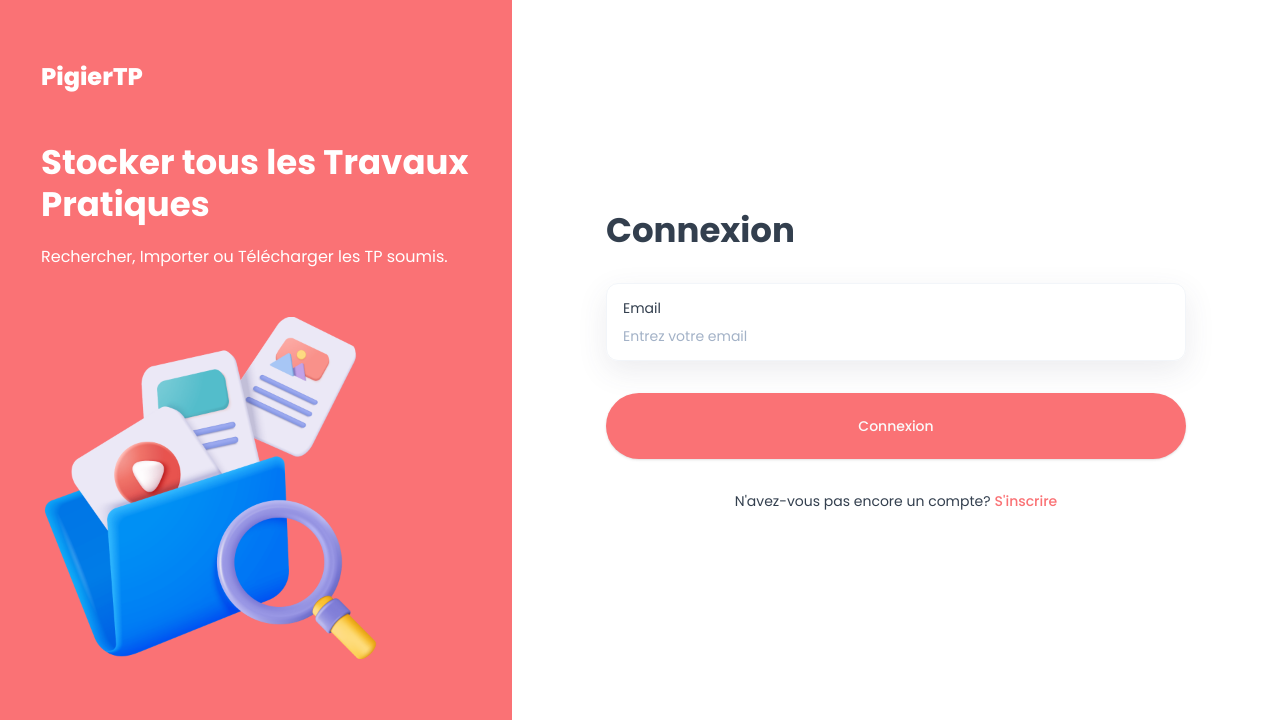
Repository: Tychiq/pigier_tp
Page: /sign-in
An editor plug-in stored every save of this project. The page is shown before and after the next save, followed by the edit.
The browser window is 1280 px wide. The pictures show the whole page.
The page's requests for data from a server got no answer. The project was rebuilt for these pictures with package versions that can differ from the ones it lists, and the page was loaded fresh each time. The framework's server and built-in components were replaced by stand-ins that run in the browser. No one was signed in, and anything a server would have sent is missing. Also part of the build but not shown: next.config.ts, components/ui/alert-dialog.tsx, components/ui/input-otp.tsx, components/OTPModal.tsx.

Above is the page before, as saved 2025-04-29 16:17:33.

### app/layout.tsx
import type { Metadata } from "next";
import { Poppins } from 'next/font/google'

import "./globals.css";

const poppins = Poppins({
    subsets: ['latin'],
    weight: ['100', '200', '300', '400', '500', '600', '700', '800', '900'],
    variable: '--font-poppins',
})

export const metadata: Metadata = {
  title: "PigierTP",
  description: "PigierTP - Tous les Travaux Pratiques.",
};

export default function RootLayout({
  children,
}: Readonly<{
  children: React.ReactNode;
}>) {
  return (
    <html lang="en">
      <body
        className={`${poppins.variable} font-poppins antialiased`}
      >
        {children}
      </body>
    </html>
  );
}

### app/(auth)/layout.tsx
import React from "react";
import Image from "next/image";

const Layout = ({ children }: { children: React.ReactNode }) => {
  return (
    <div className="flex min-h-screen">
      <section className="hidden w-1/2 items-center justify-center bg-brand p-10 lg:flex xl:w-2/5">
        <div className="flex max-h-[800px] max-w-[430px] flex-col justify-center space-y-12">
          <p className="text-2xl font-extrabold font-poppins text-white">PigierTP</p>

          <div className="space-y-5 text-white">
            <h1 className="h1">Stocker tous les Travaux Pratiques</h1>
            <p className="body-1">
              Rechercher, Importer ou Télécharger les TP soumis.
            </p>
          </div>
          <Image
            src="/assets/images/files.png"
            alt="Files"
            width={342}
            height={342}
            className="transition-all hover:rotate-2 hover:scale-105"
          />
        </div>
      </section>

      <section className="flex flex-1 flex-col items-center bg-white p-4 py-10 lg:justify-center lg:p-10 lg:py-0">
        <div className="mb-16 lg:hidden">
          <Image
            src="/assets/icons/logo-full-brand.svg"
            alt="logo"
            width={224}
            height={82}
            className="h-auto w-[200px] lg:w-[250px]"
          />
        </div>

        {children}
      </section>
    </div>
  );
};

export default Layout;

### components/AuthForm.tsx
"use client";

import { z } from "zod";
import { zodResolver } from "@hookform/resolvers/zod";
import { useForm } from "react-hook-form";

import { Button } from "@/components/ui/button";
import {
  Form,
  FormControl,
  FormField,
  FormItem,
  FormLabel,
  FormMessage,
} from "@/components/ui/form";
import { Input } from "@/components/ui/input";
import { useState } from "react";
import Image from "next/image";
import Link from "next/link";
import { createAccount, signInUser } from "@/lib/actions/user.actions";
import OtpModal from "@/components/OTPModal";

type FormType = "sign-in" | "sign-up";

const authFormSchema = (formType: FormType) => {
  return z.object({
    email: z.string().email(),
    fullName:
      formType === "sign-up"
        ? z.string().min(2).max(50)
        : z.string().optional(),
  });
};

const AuthForm = ({ type }: { type: FormType }) => {
  const [isLoading, setIsLoading] = useState(false);
  const [errorMessage, setErrorMessage] = useState("");
  const [accountId, setAccountId] = useState(null);

  const formSchema = authFormSchema(type);
  const form = useForm<z.infer<typeof formSchema>>({
    resolver: zodResolver(formSchema),
    defaultValues: {
      fullName: "",
      email: "",
    },
  });

  const onSubmit = async (values: z.infer<typeof formSchema>) => {
    setIsLoading(true);
    setErrorMessage("");

    try {
      const user =
        type === "sign-up"
          ? await createAccount({
              fullName: values.fullName || "",
              email: values.email,
            })
          : await signInUser({ email: values.email });

      setAccountId(user.accountId);
    } catch {
      setErrorMessage("Echec lors de la création de compte. Réessayez encore.");
    } finally {
      setIsLoading(false);
    }
  };

  return (
    <>
      <Form {...form}>
        <form onSubmit={form.handleSubmit(onSubmit)} className="auth-form">
          <h1 className="form-title">
            {type === "sign-in" ? "Connexion" : "S'inscrire"}
          </h1>
          {type === "sign-up" && (
            <FormField
              control={form.control}
              name="fullName"
              render={({ field }) => (
                <FormItem>
                  <div className="shad-form-item">
                    <FormLabel className="shad-form-label">Nom Complet</FormLabel>

                    <FormControl>
                      <Input
                        placeholder="Entrez votre nom complet"
                        className="shad-input"
                        {...field}
                      />
                    </FormControl>
                  </div>

                  <FormMessage className="shad-form-message" />
                </FormItem>
              )}
            />
          )}

          <FormField
            control={form.control}
            name="email"
            render={({ field }) => (
              <FormItem>
                <div className="shad-form-item">
                  <FormLabel className="shad-form-label">Email</FormLabel>

                  <FormControl>
                    <Input
                      placeholder="Entrez votre email"
                      className="shad-input"
                      {...field}
                    />
                  </FormControl>
                </div>

                <FormMessage className="shad-form-message" />
              </FormItem>
            )}
          />

          <Button
            type="submit"
            className="form-submit-button"
            disabled={isLoading}
          >
            {type === "sign-in" ? "Connexion" : "S'inscrire"}

            {isLoading && (
              <Image
                src="/assets/icons/loader.svg"
                alt="loader"
                width={24}
                height={24}
                className="ml-2 animate-spin"
              />
            )}
          </Button>

          {errorMessage && <p className="error-message">*{errorMessage}</p>}

          <div className="body-2 flex justify-center">
            <p className="text-light-100">
              {type === "sign-in"
                ? "N'avez-vous pas encore un compte?"
                : "Déja enregistré(e)?"}
            </p>
            <Link
              href={type === "sign-in" ? "/sign-up" : "/sign-in"}
              className="ml-1 font-medium text-brand"
            >
              {" "}
              {type === "sign-in" ? "S'inscrire" : "Connexion"}
            </Link>
          </div>
        </form>
      </Form>

      {accountId && (
        <OtpModal email={form.getValues("email")} accountId={accountId} />
      )}
    </>
  );
};

export default AuthForm;

### components/ui/button.tsx
import * as React from "react"
import { Slot } from "@radix-ui/react-slot"
import { cva, type VariantProps } from "class-variance-authority"

import { cn } from "@/lib/utils"

const buttonVariants = cva(
  "inline-flex items-center justify-center gap-2 whitespace-nowrap rounded-md text-sm font-medium transition-colors focus-visible:outline-none focus-visible:ring-1 focus-visible:ring-ring disabled:pointer-events-none disabled:opacity-50 [&_svg]:pointer-events-none [&_svg]:size-4 [&_svg]:shrink-0",
  {
    variants: {
      variant: {
        default:
          "bg-primary text-primary-foreground shadow hover:bg-primary/90",
        destructive:
          "bg-destructive text-destructive-foreground shadow-sm hover:bg-destructive/90",
        outline:
          "border border-input bg-background shadow-sm hover:bg-accent hover:text-accent-foreground",
        secondary:
          "bg-secondary text-secondary-foreground shadow-sm hover:bg-secondary/80",
        ghost: "hover:bg-accent hover:text-accent-foreground",
        link: "text-primary underline-offset-4 hover:underline",
      },
      size: {
        default: "h-9 px-4 py-2",
        sm: "h-8 rounded-md px-3 text-xs",
        lg: "h-10 rounded-md px-8",
        icon: "h-9 w-9",
      },
    },
    defaultVariants: {
      variant: "default",
      size: "default",
    },
  }
)

export interface ButtonProps
  extends React.ButtonHTMLAttributes<HTMLButtonElement>,
    VariantProps<typeof buttonVariants> {
  asChild?: boolean
}

const Button = React.forwardRef<HTMLButtonElement, ButtonProps>(
  ({ className, variant, size, asChild = false, ...props }, ref) => {
    const Comp = asChild ? Slot : "button"
    return (
      <Comp
        className={cn(buttonVariants({ variant, size, className }))}
        ref={ref}
        {...props}
      />
    )
  }
)
Button.displayName = "Button"

export { Button, buttonVariants }

### components/ui/form.tsx
"use client"

import * as React from "react"
import * as LabelPrimitive from "@radix-ui/react-label"
import { Slot } from "@radix-ui/react-slot"
import {
  Controller,
  ControllerProps,
  FieldPath,
  FieldValues,
  FormProvider,
  useFormContext,
} from "react-hook-form"

import { cn } from "@/lib/utils"
import { Label } from "@/components/ui/label"

const Form = FormProvider

type FormFieldContextValue<
  TFieldValues extends FieldValues = FieldValues,
  TName extends FieldPath<TFieldValues> = FieldPath<TFieldValues>
> = {
  name: TName
}

const FormFieldContext = React.createContext<FormFieldContextValue>(
  {} as FormFieldContextValue
)

const FormField = <
  TFieldValues extends FieldValues = FieldValues,
  TName extends FieldPath<TFieldValues> = FieldPath<TFieldValues>
>({
  ...props
}: ControllerProps<TFieldValues, TName>) => {
  return (
    <FormFieldContext.Provider value={{ name: props.name }}>
      <Controller {...props} />
    </FormFieldContext.Provider>
  )
}

const useFormField = () => {
  const fieldContext = React.useContext(FormFieldContext)
  const itemContext = React.useContext(FormItemContext)
  const { getFieldState, formState } = useFormContext()

  const fieldState = getFieldState(fieldContext.name, formState)

  if (!fieldContext) {
    throw new Error("useFormField should be used within <FormField>")
  }

  const { id } = itemContext

  return {
    id,
    name: fieldContext.name,
    formItemId: `${id}-form-item`,
    formDescriptionId: `${id}-form-item-description`,
    formMessageId: `${id}-form-item-message`,
    ...fieldState,
  }
}

type FormItemContextValue = {
  id: string
}

const FormItemContext = React.createContext<FormItemContextValue>(
  {} as FormItemContextValue
)

const FormItem = React.forwardRef<
  HTMLDivElement,
  React.HTMLAttributes<HTMLDivElement>
>(({ className, ...props }, ref) => {
  const id = React.useId()

  return (
    <FormItemContext.Provider value={{ id }}>
      <div ref={ref} className={cn("space-y-2", className)} {...props} />
    </FormItemContext.Provider>
  )
})
FormItem.displayName = "FormItem"

const FormLabel = React.forwardRef<
  React.ElementRef<typeof LabelPrimitive.Root>,
  React.ComponentPropsWithoutRef<typeof LabelPrimitive.Root>
>(({ className, ...props }, ref) => {
  const { error, formItemId } = useFormField()

  return (
    <Label
      ref={ref}
      className={cn(error && "text-destructive", className)}
      htmlFor={formItemId}
      {...props}
    />
  )
})
FormLabel.displayName = "FormLabel"

const FormControl = React.forwardRef<
  React.ElementRef<typeof Slot>,
  React.ComponentPropsWithoutRef<typeof Slot>
>(({ ...props }, ref) => {
  const { error, formItemId, formDescriptionId, formMessageId } = useFormField()

  return (
    <Slot
      ref={ref}
      id={formItemId}
      aria-describedby={
        !error
          ? `${formDescriptionId}`
          : `${formDescriptionId} ${formMessageId}`
      }
      aria-invalid={!!error}
      {...props}
    />
  )
})
FormControl.displayName = "FormControl"

const FormDescription = React.forwardRef<
  HTMLParagraphElement,
  React.HTMLAttributes<HTMLParagraphElement>
>(({ className, ...props }, ref) => {
  const { formDescriptionId } = useFormField()

  return (
    <p
      ref={ref}
      id={formDescriptionId}
      className={cn("text-[0.8rem] text-muted-foreground", className)}
      {...props}
    />
  )
})
FormDescription.displayName = "FormDescription"

const FormMessage = React.forwardRef<
  HTMLParagraphElement,
  React.HTMLAttributes<HTMLParagraphElement>
>(({ className, children, ...props }, ref) => {
  const { error, formMessageId } = useFormField()
  const body = error ? String(error?.message) : children

  if (!body) {
    return null
  }

  return (
    <p
      ref={ref}
      id={formMessageId}
      className={cn("text-[0.8rem] font-medium text-destructive", className)}
      {...props}
    >
      {body}
    </p>
  )
})
FormMessage.displayName = "FormMessage"

export {
  useFormField,
  Form,
  FormItem,
  FormLabel,
  FormControl,
  FormDescription,
  FormMessage,
  FormField,
}

### components/ui/input.tsx
import * as React from "react"

import { cn } from "@/lib/utils"

export interface InputProps
  extends React.InputHTMLAttributes<HTMLInputElement> {}

const Input = React.forwardRef<HTMLInputElement, InputProps>(
  ({ className, type, ...props }, ref) => {
    return (
      <input
        type={type}
        className={cn(
          "flex h-9 w-full rounded-md border border-input bg-transparent px-3 py-1 text-sm shadow-sm transition-colors file:border-0 file:bg-transparent file:text-sm file:font-medium file:text-foreground placeholder:text-muted-foreground focus-visible:outline-none focus-visible:ring-1 focus-visible:ring-ring disabled:cursor-not-allowed disabled:opacity-50",
          className
        )}
        ref={ref}
        {...props}
      />
    )
  }
)
Input.displayName = "Input"

export { Input }

### lib/actions/user.actions.ts
"use server";

import { createAdminClient, createSessionClient } from "@/lib/appwrite";
import { appwriteConfig } from "@/lib/appwrite/config";
import { Query, ID } from "node-appwrite";
import { parseStringify } from "@/lib/utils";
import { cookies } from "next/headers";
import { avatarPlaceholderUrl } from "@/constants";
import { redirect } from "next/navigation";

const getUserByEmail = async (email: string) => {
  const { databases } = await createAdminClient();

  const result = await databases.listDocuments(
    appwriteConfig.databaseId,
    appwriteConfig.usersCollectionId,
    [Query.equal("email", [email])],
  );

  return result.total > 0 ? result.documents[0] : null;
};

const handleError = (error: unknown, message: string) => {
  console.log(error, message);
  throw error;
};

export const sendEmailOTP = async ({ email }: { email: string }) => {
  const { account } = await createAdminClient();

  try {
    const session = await account.createEmailToken(ID.unique(), email);

    return session.userId;
  } catch (error) {
    handleError(error, "Erreur lors de l'envoi de l'OTP");
  }
};

export const createAccount = async ({
  fullName,
  email,
}: {
  fullName: string;
  email: string;
}) => {
  const existingUser = await getUserByEmail(email);

  const accountId = await sendEmailOTP({ email });
  if (!accountId) throw new Error("Erreur lors de l'envoi de l'OTP");

  if (!existingUser) {
    const { databases } = await createAdminClient();

    await databases.createDocument(
      appwriteConfig.databaseId,
      appwriteConfig.usersCollectionId,
      ID.unique(),
      {
        fullName,
        email,
        avatar: avatarPlaceholderUrl,
        accountId,
      },
    );
  }

  return parseStringify({ accountId });
};

export const verifySecret = async ({
  accountId,
  password,
}: {
  accountId: string;
  password: string;
}) => {
  try {
    const { account } = await createAdminClient();

    const session = await account.createSession(accountId, password);

    (await cookies()).set("appwrite-session", session.secret, {
      path: "/",
      httpOnly: true,
      sameSite: "strict",
      secure: true,
    });

    return parseStringify({ sessionId: session.$id });
  } catch (error) {
    handleError(error, "Echec de vérification de l'OTP");
  }
};

export const getCurrentUser = async () => {
  try {
    const { databases, account } = await createSessionClient();

    const result = await account.get();

    const user = await databases.listDocuments(
      appwriteConfig.databaseId,
      appwriteConfig.usersCollectionId,
      [Query.equal("accountId", result.$id)],
    );

    if (user.total <= 0) return null;

    return parseStringify(user.documents[0]);
  } catch (error) {
    console.log(error);
  }
};

export const signOutUser = async () => {
  const { account } = await createSessionClient();

  try {
    await account.deleteSession("current");
    (await cookies()).delete("appwrite-session");
  } catch (error) {
    handleError(error, "Echec lors de la déconnexion");
  } finally {
    redirect("/sign-in");
  }
};

export const signInUser = async ({ email }: { email: string }) => {
  try {
    const existingUser = await getUserByEmail(email);

    // User exists, send OTP
    if (existingUser) {
      await sendEmailOTP({ email });
      return parseStringify({ accountId: existingUser.accountId });
    }

    return parseStringify({ accountId: null, error: "Utilisateur non identifié(e)" });
  } catch (error) {
    handleError(error, "Erreur lors de l'enregistrement de l'utilisateur");
  }
};

### components/ui/label.tsx
"use client"

import * as React from "react"
import * as LabelPrimitive from "@radix-ui/react-label"
import { cva, type VariantProps } from "class-variance-authority"

import { cn } from "@/lib/utils"

const labelVariants = cva(
  "text-sm font-medium leading-none peer-disabled:cursor-not-allowed peer-disabled:opacity-70"
)

const Label = React.forwardRef<
  React.ElementRef<typeof LabelPrimitive.Root>,
  React.ComponentPropsWithoutRef<typeof LabelPrimitive.Root> &
    VariantProps<typeof labelVariants>
>(({ className, ...props }, ref) => (
  <LabelPrimitive.Root
    ref={ref}
    className={cn(labelVariants(), className)}
    {...props}
  />
))
Label.displayName = LabelPrimitive.Root.displayName

export { Label }

### constants/index.ts
export const navItems = [
  {
    name: "Dashboard",
    icon: "/assets/icons/dashboard.svg",
    url: "/",
  },
  {
    name: "Documents",
    icon: "/assets/icons/documents.svg",
    url: "/documents",
  },
  {
    name: "Images",
    icon: "/assets/icons/images.svg",
    url: "/images",
  },
  {
    name: "Médias",
    icon: "/assets/icons/video.svg",
    url: "/media",
  },
  {
    name: "Autres",
    icon: "/assets/icons/others.svg",
    url: "/others",
  },
];

export const actionsDropdownItems = [
  {
    label: "Rename",
    icon: "/assets/icons/edit.svg",
    value: "rename",
  },
  {
    label: "Details",
    icon: "/assets/icons/info.svg",
    value: "details",
  },
  {
    label: "Share",
    icon: "/assets/icons/share.svg",
    value: "share",
  },
  {
    label: "Download",
    icon: "/assets/icons/download.svg",
    value: "download",
  },
  {
    label: "Delete",
    icon: "/assets/icons/delete.svg",
    value: "delete",
  },
];

export const sortTypes = [
  {
    label: "Date created (newest)",
    value: "$createdAt-desc",
  },
  {
    label: "Created Date (oldest)",
    value: "$createdAt-asc",
  },
  {
    label: "Name (A-Z)",
    value: "name-asc",
  },
  {
    label: "Name (Z-A)",
    value: "name-desc",
  },
  {
    label: "Size (Highest)",
    value: "size-desc",
  },
  {
    label: "Size (Lowest)",
    value: "size-asc",
  },
];

export const avatarPlaceholderUrl =
  "https://img.freepik.com/free-psd/3d-illustration-person-with-sunglasses_23-2149436188.jpg";

export const MAX_FILE_SIZE = 50 * 1024 * 1024; // 50MB

### tailwind.config.ts
import type { Config } from "tailwindcss";

const config: Config = {
  darkMode: ["class"],
  content: [
    "./pages/**/*.{js,ts,jsx,tsx,mdx}",
    "./components/**/*.{js,ts,jsx,tsx,mdx}",
    "./app/**/*.{js,ts,jsx,tsx,mdx}",
  ],
  theme: {
  	extend: {
  		colors: {
  			brand: {
  				'100': '#EA6365',
  				DEFAULT: '#FA7275'
  			},
  			red: '#FF7474',
  			error: '#b80000',
  			green: '#3DD9B3',
  			blue: '#56B8FF',
  			pink: '#EEA8FD',
  			orange: '#F9AB72',
  			light: {
  				'100': '#333F4E',
  				'200': '#A3B2C7',
  				'300': '#F2F5F9',
  				'400': '#F2F4F8'
  			},
  			dark: {
  				'100': '#04050C',
  				'200': '#131524'
  			},
  			background: 'hsl(var(--background))',
  			foreground: 'hsl(var(--foreground))',
  			card: {
  				DEFAULT: 'hsl(var(--card))',
  				foreground: 'hsl(var(--card-foreground))'
  			},
  			popover: {
  				DEFAULT: 'hsl(var(--popover))',
  				foreground: 'hsl(var(--popover-foreground))'
  			},
  			primary: {
  				DEFAULT: 'hsl(var(--primary))',
  				foreground: 'hsl(var(--primary-foreground))'
  			},
  			secondary: {
  				DEFAULT: 'hsl(var(--secondary))',
  				foreground: 'hsl(var(--secondary-foreground))'
  			},
  			muted: {
  				DEFAULT: 'hsl(var(--muted))',
  				foreground: 'hsl(var(--muted-foreground))'
  			},
  			accent: {
  				DEFAULT: 'hsl(var(--accent))',
  				foreground: 'hsl(var(--accent-foreground))'
  			},
  			destructive: {
  				DEFAULT: 'hsl(var(--destructive))',
  				foreground: 'hsl(var(--destructive-foreground))'
  			},
  			border: 'hsl(var(--border))',
  			input: 'hsl(var(--input))',
  			ring: 'hsl(var(--ring))',
  			chart: {
  				'1': 'hsl(var(--chart-1))',
  				'2': 'hsl(var(--chart-2))',
  				'3': 'hsl(var(--chart-3))',
  				'4': 'hsl(var(--chart-4))',
  				'5': 'hsl(var(--chart-5))'
  			}
  		},
  		fontFamily: {
  			poppins: ["var(--font-poppins)"]
  		},
  		boxShadow: {
  			'drop-1': '0px 10px 30px 0px rgba(66, 71, 97, 0.1)',
  			'drop-2': '0 8px 30px 0 rgba(65, 89, 214, 0.3)',
  			'drop-3': '0 8px 30px 0 rgba(65, 89, 214, 0.1)'
  		},
  		borderRadius: {
  			lg: 'var(--radius)',
  			md: 'calc(var(--radius) - 2px)',
  			sm: 'calc(var(--radius) - 4px)'
  		},
  		keyframes: {
  			'caret-blink': {
  				'0%,70%,100%': {
  					opacity: '1'
  				},
  				'20%,50%': {
  					opacity: '0'
  				}
  			}
  		},
  		animation: {
  			'caret-blink': 'caret-blink 1.25s ease-out infinite'
  		}
  	}
  },
  // eslint-disable-next-line @typescript-eslint/no-require-imports
  plugins: [require("tailwindcss-animate")],
};
export default config;

Loaded but not shown: app/(auth)/sign-in/page.tsx (common file); app/globals.css (common file); lib/appwrite/index.ts (common file); lib/appwrite/config.ts (common file); lib/utils.ts (236 lines, source omitted)

After the next save:
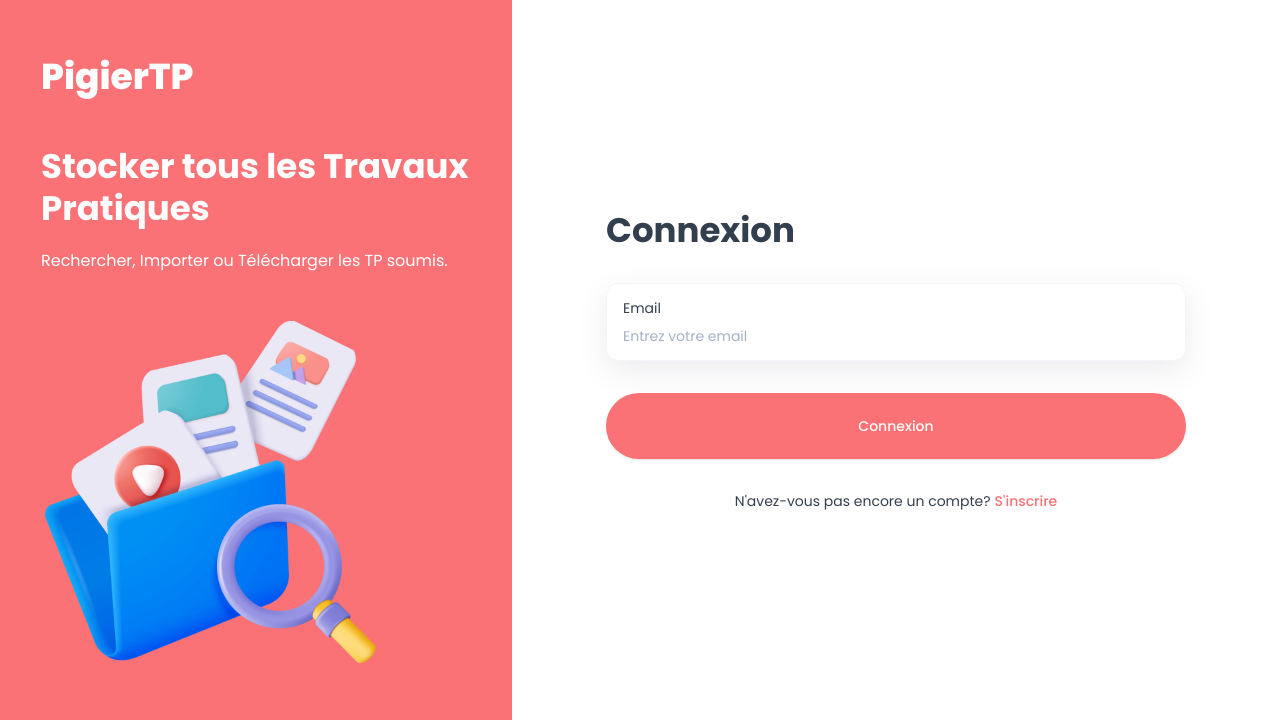
Saved 10 s later.
--- a/app/(auth)/layout.tsx
+++ b/app/(auth)/layout.tsx
@@ -6,7 +6,7 @@ const Layout = ({ children }: { children: React.ReactNode }) => {
     <div className="flex min-h-screen">
       <section className="hidden w-1/2 items-center justify-center bg-brand p-10 lg:flex xl:w-2/5">
         <div className="flex max-h-[800px] max-w-[430px] flex-col justify-center space-y-12">
-          <p className="text-2xl font-extrabold font-poppins text-white">PigierTP</p>
+          <p className="text-4xl font-extrabold font-poppins text-white">PigierTP</p>
 
           <div className="space-y-5 text-white">
             <h1 className="h1">Stocker tous les Travaux Pratiques</h1>
